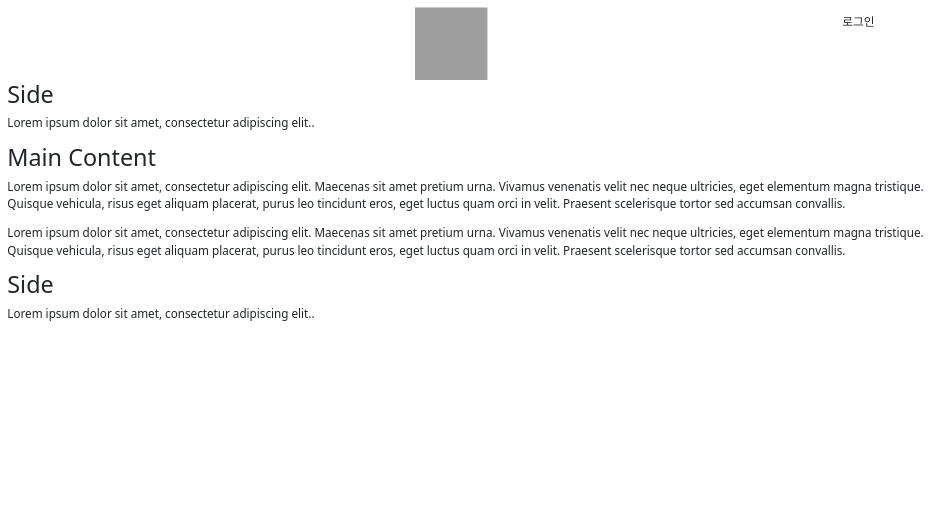
Repository: seonminpark100/CodeCampus
Page: http://localhost/LMSProject/WEB-INF/views/home.jsp
An editor plug-in stored every save of this project. The page is shown before and after a run of saves, followed by the edit.
The browser window is 1280 px wide. The page is 1282 px wide, so the pictures cover 1282 px, including what lies to the right of the window. The pictures show the whole page, at 73% of full size.
Pictures or frames that could not be fetched are drawn as grey boxes. The page is served by Tomcat 10. Nobody is signed in. Other server files are loaded and not shown. The template is opened directly, without the code that normally fills it, so the values that code supplies are empty.

Above is the page before, as saved 2025-07-11 05:54:10.

### LMSProject/src/main/webapp/WEB-INF/views/home.jsp
<%@ page language="java" contentType="text/html; charset=UTF-8"
    pageEncoding="UTF-8"%>
<!DOCTYPE html>
<html>
	<head>
		<meta charset="utf-8">
		<meta name="viewport" content="width=device-width, initial-scale=1">
		<title>OO대학교 eCampus</title>

		<style>
		* {
		  box-sizing: border-box;
		}

		body {
		  font-family: Arial;
		  padding: 10px;
		  background: #f1f1f1;
		}

		/* Header/Blog Title */
		.header {
		  padding: 30px;
		  text-align: center;
		  background: white;
		}

		.header h1 {
		  font-size: 50px;
		}

		/* Style the top navigation bar */
		.topnav {
		  overflow: hidden;
		  background-color: #333;
		}

		/* Style the topnav links */
		.topnav a {
		  float: left;
		  display: block;
		  color: #f2f2f2;
		  text-align: center;
		  padding: 14px 16px;
		  text-decoration: none;
		}

		/* Change color on hover */
		.topnav a:hover {
		  background-color: #ddd;
		  color: black;
		}

		/* Create two unequal columns that floats next to each other */
		/* Left column */
		.leftcolumn {
		  float: left;
		  width: 75%;
		}

		/* Right column */
		.rightcolumn {
		  float: left;
		  width: 25%;
		  background-color: #f1f1f1;
		  padding-left: 20px;
		}

		/* Fake image */
		.fakeimg {
		  background-color: #aaa;
		  width: 100%;
		  padding: 20px;
		}

		/* Add a card effect for articles */
		.card {
		  background-color: white;
		  padding: 20px;
		  margin-top: 20px;
		}

		/* Clear floats after the columns */
		.row::after {
		  content: "";
		  display: table;
		  clear: both;
		}

		/* Footer */
		.footer {
		  padding: 20px;
		  text-align: center;
		  background: #ddd;
		  margin-top: 20px;
		}

		/* Responsive layout - when the screen is less than 800px wide, make the two columns stack on top of each other instead of next to each other */
		@media screen and (max-width: 800px) {
		  .leftcolumn, .rightcolumn {
		    width: 100%;
		    padding: 0;
		  }
		}

		/* Responsive layout - when the screen is less than 400px wide, make the navigation links stack on top of each other instead of next to each other */
		@media screen and (max-width: 400px) {
		  .topnav a {
		    float: none;
		    width: 100%;
		  }
		}
		</style>


	</head>
	<body>
	<%@ include file = "top.jsp" %>


		<div class="row">
		  <div class="column side">
		    <h2>Side</h2>
		    <p>Lorem ipsum dolor sit amet, consectetur adipiscing elit..</p>
		  </div>

		  <div class="column middle">
		    <h2>Main Content</h2>
		    <p>Lorem ipsum dolor sit amet, consectetur adipiscing elit. Maecenas sit amet pretium urna. Vivamus venenatis velit nec neque ultricies, eget elementum magna tristique. Quisque vehicula, risus eget aliquam placerat, purus leo tincidunt eros, eget luctus quam orci in velit. Praesent scelerisque tortor sed accumsan convallis.</p>
		    <p>Lorem ipsum dolor sit amet, consectetur adipiscing elit. Maecenas sit amet pretium urna. Vivamus venenatis velit nec neque ultricies, eget elementum magna tristique. Quisque vehicula, risus eget aliquam placerat, purus leo tincidunt eros, eget luctus quam orci in velit. Praesent scelerisque tortor sed accumsan convallis.</p>
		  </div>

		  <div class="column side">
		    <h2>Side</h2>
		    <p>Lorem ipsum dolor sit amet, consectetur adipiscing elit..</p>
		  </div>
		</div>
		<div class="container" id="calendar"></div>
	</body>
</html>

### LMSProject/src/main/webapp/WEB-INF/views/top.jsp
<%@ page language="java" contentType="text/html; charset=UTF-8"
    pageEncoding="UTF-8"%>
<%@ taglib prefix="sec" uri="http://www.springframework.org/security/tags" %>
<%@ taglib prefix="c" uri="http://java.sun.com/jsp/jstl/core"%>

<sec:authorize access="isAuthenticated()">
	<sec:authentication property="principal" var="principal"/>
</sec:authorize>
<!-- CDN 방식: Bootstrap, jQuery -->
<script src="https://ajax.googleapis.com/ajax/libs/jquery/3.7.1/jquery.min.js"></script>
<link href="https://cdn.jsdelivr.net/npm/bootstrap@5.3.6/dist/css/bootstrap.min.css" rel="stylesheet">
<script src="https://cdn.jsdelivr.net/npm/bootstrap@5.3.6/dist/js/bootstrap.bundle.min.js"></script>

<style>
 .img-concert {
   width: 100px;
   height: 100px;
 }
 .login {
 	float: right;
 }
</style>

<script type="text/javascript">
function disableOtherButtons(clickedId) {
    const buttons = document.querySelectorAll('button');
    buttons.forEach(button => {
        button.disabled = false; // 모든 버튼 활성화
    });
    document.getElementById(clickedId).disabled = true; // 클릭된 버튼 비활성화
}
</script>
<div class="container" align="center">
	<div class="login">
		<c:choose>
		    <c:when test="${empty principal}">
		        <ul class="navbar-nav">
		            <li class="nav-item"><a class="nav-link" href="/myLogin.do">로그인</a></li>
		        </ul>
		    </c:when>
		    <c:otherwise>
		        <ul class="navbar-nav">
			        <li class="nav-item"><a class="nav-link" href="/mypage.do">마이페이지</a></li>
		        </ul>
		        <ul class="navbar-nav">
		            <li class="nav-item"><a class="nav-link" href="/myLogout.do">로그아웃</a></li>
		        </ul>
		        <ul class="navbar-nav">
			        <li class="nav-item"><a class="nav-link" href="/prof/index.do">내 강의실</a></li>
		        </ul>
		    </c:otherwise>
	    </c:choose>
	</div>
	<a href="/">
	 	<img class="img-concert" src="images/logo.jpeg" />
	</a>
</div>

After the next 3 saves:
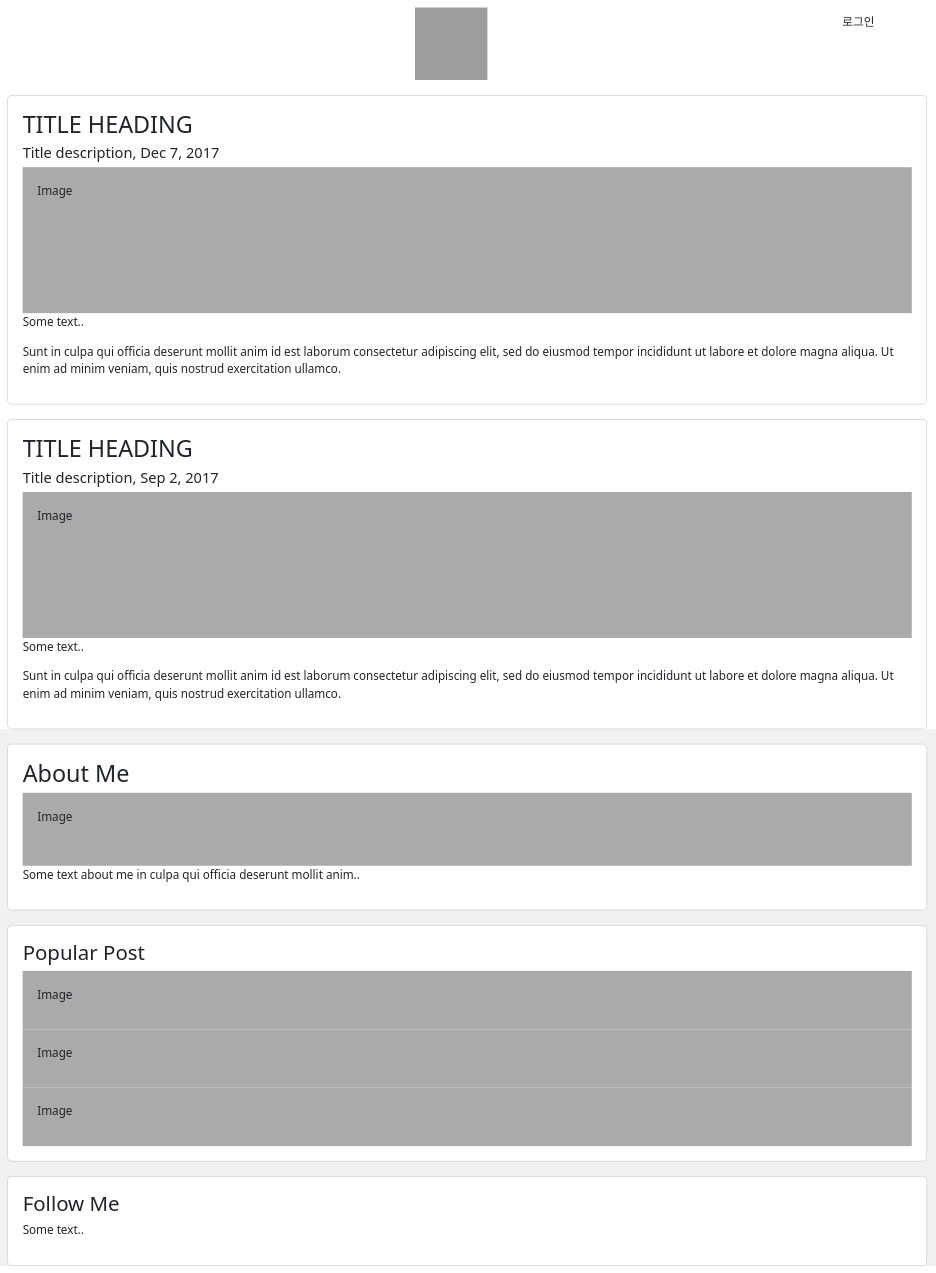
The 3 saves are shown as one change because they came seconds apart.
The last was saved 51 s later.
--- a/LMSProject/src/main/webapp/WEB-INF/views/home.jsp
+++ b/LMSProject/src/main/webapp/WEB-INF/views/home.jsp
@@ -116,23 +116,39 @@
 	</head>
 	<body>
 	<%@ include file = "top.jsp" %>
-
-
 		<div class="row">
-		  <div class="column side">
-		    <h2>Side</h2>
-		    <p>Lorem ipsum dolor sit amet, consectetur adipiscing elit..</p>
+		  <div class="leftcolumn">
+		    <div class="card">
+		      <h2>TITLE HEADING</h2>
+		      <h5>Title description, Dec 7, 2017</h5>
+		      <div class="fakeimg" style="height:200px;">Image</div>
+		      <p>Some text..</p>
+		      <p>Sunt in culpa qui officia deserunt mollit anim id est laborum consectetur adipiscing elit, sed do eiusmod tempor incididunt ut labore et dolore magna aliqua. Ut enim ad minim veniam, quis nostrud exercitation ullamco.</p>
+		    </div>
+		    <div class="card">
+		      <h2>TITLE HEADING</h2>
+		      <h5>Title description, Sep 2, 2017</h5>
+		      <div class="fakeimg" style="height:200px;">Image</div>
+		      <p>Some text..</p>
+		      <p>Sunt in culpa qui officia deserunt mollit anim id est laborum consectetur adipiscing elit, sed do eiusmod tempor incididunt ut labore et dolore magna aliqua. Ut enim ad minim veniam, quis nostrud exercitation ullamco.</p>
+		    </div>
 		  </div>
-
-		  <div class="column middle">
-		    <h2>Main Content</h2>
-		    <p>Lorem ipsum dolor sit amet, consectetur adipiscing elit. Maecenas sit amet pretium urna. Vivamus venenatis velit nec neque ultricies, eget elementum magna tristique. Quisque vehicula, risus eget aliquam placerat, purus leo tincidunt eros, eget luctus quam orci in velit. Praesent scelerisque tortor sed accumsan convallis.</p>
-		    <p>Lorem ipsum dolor sit amet, consectetur adipiscing elit. Maecenas sit amet pretium urna. Vivamus venenatis velit nec neque ultricies, eget elementum magna tristique. Quisque vehicula, risus eget aliquam placerat, purus leo tincidunt eros, eget luctus quam orci in velit. Praesent scelerisque tortor sed accumsan convallis.</p>
-		  </div>
-
-		  <div class="column side">
-		    <h2>Side</h2>
-		    <p>Lorem ipsum dolor sit amet, consectetur adipiscing elit..</p>
+		  <div class="rightcolumn">
+		    <div class="card">
+		      <h2>About Me</h2>
+		      <div class="fakeimg" style="height:100px;">Image</div>
+		      <p>Some text about me in culpa qui officia deserunt mollit anim..</p>
+		    </div>
+		    <div class="card">
+		      <h3>Popular Post</h3>
+		      <div class="fakeimg"><p>Image</p></div>
+		      <div class="fakeimg"><p>Image</p></div>
+		      <div class="fakeimg"><p>Image</p></div>
+		    </div>
+		    <div class="card">
+		      <h3>Follow Me</h3>
+		      <p>Some text..</p>
+		    </div>
 		  </div>
 		</div>
 		<div class="container" id="calendar"></div>
